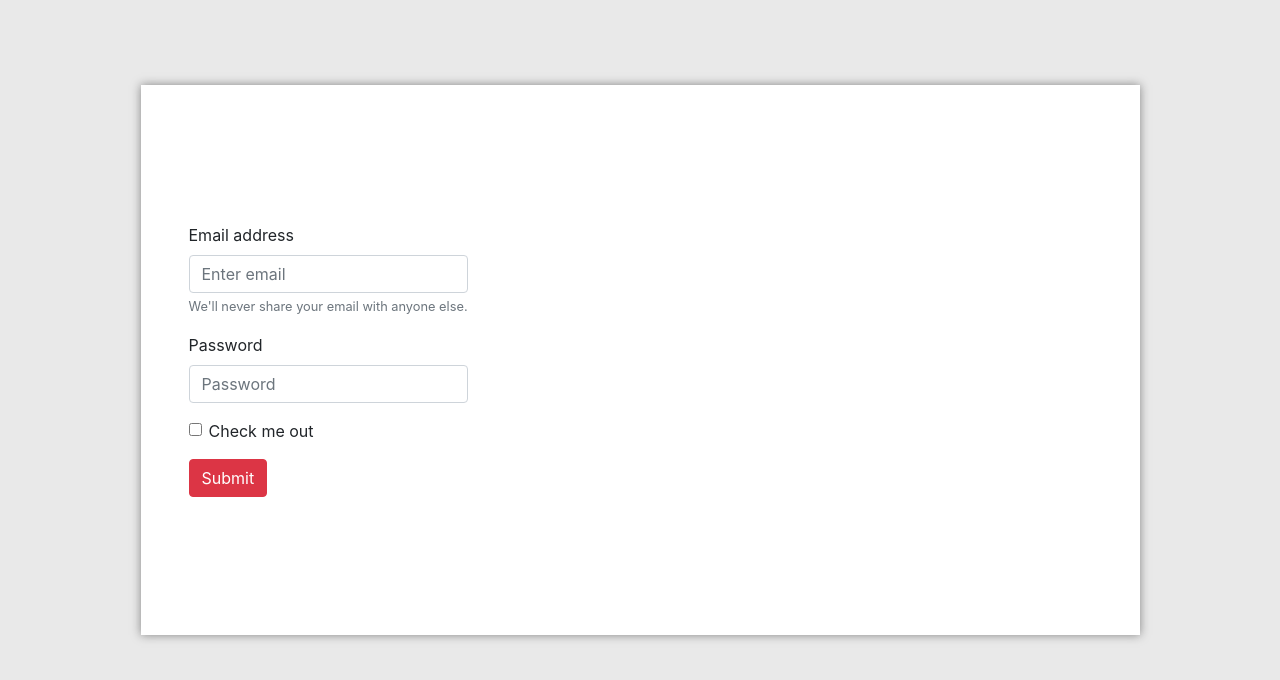
Repository: tts2610/itviec-clone
Page: /login
An editor plug-in stored every save of this project. The page is shown before and after the next save, followed by the edit.
The browser window is 1280 px wide. The pictures show the whole page.
Some web libraries are served in a nearby version. The project was rebuilt for these pictures with package versions that can differ from the ones it lists, and the page was loaded fresh each time. Also part of the build but not shown: src/pages/Jobs.js, src/pages/Detail.js, src/pages/404.js.

Above is the page before, as saved 2020-06-10 11:25:18.

After the next save:
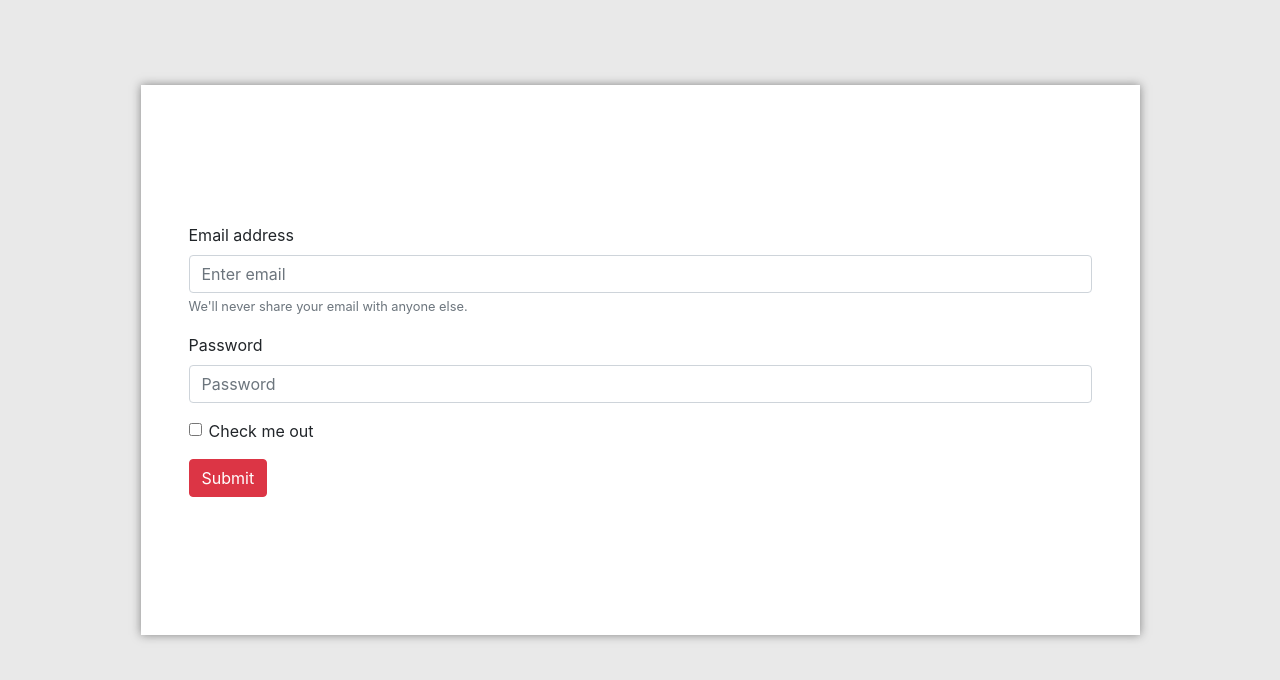
Saved 118 s later.
--- a/src/pages/Login.js
+++ b/src/pages/Login.js
@@ -37,7 +37,7 @@ export default function Login() {
           className="detail-content py-5 px-5"
           style={{ display: "flex", alignItems: "center" }}
         >
-          <Form>
+          <Form style={{ width: "-webkit-fill-available" }}>
             <Form.Group controlId="formBasicEmail">
               <Form.Label>Email address</Form.Label>
               <Form.Control type="email" placeholder="Enter email" />
